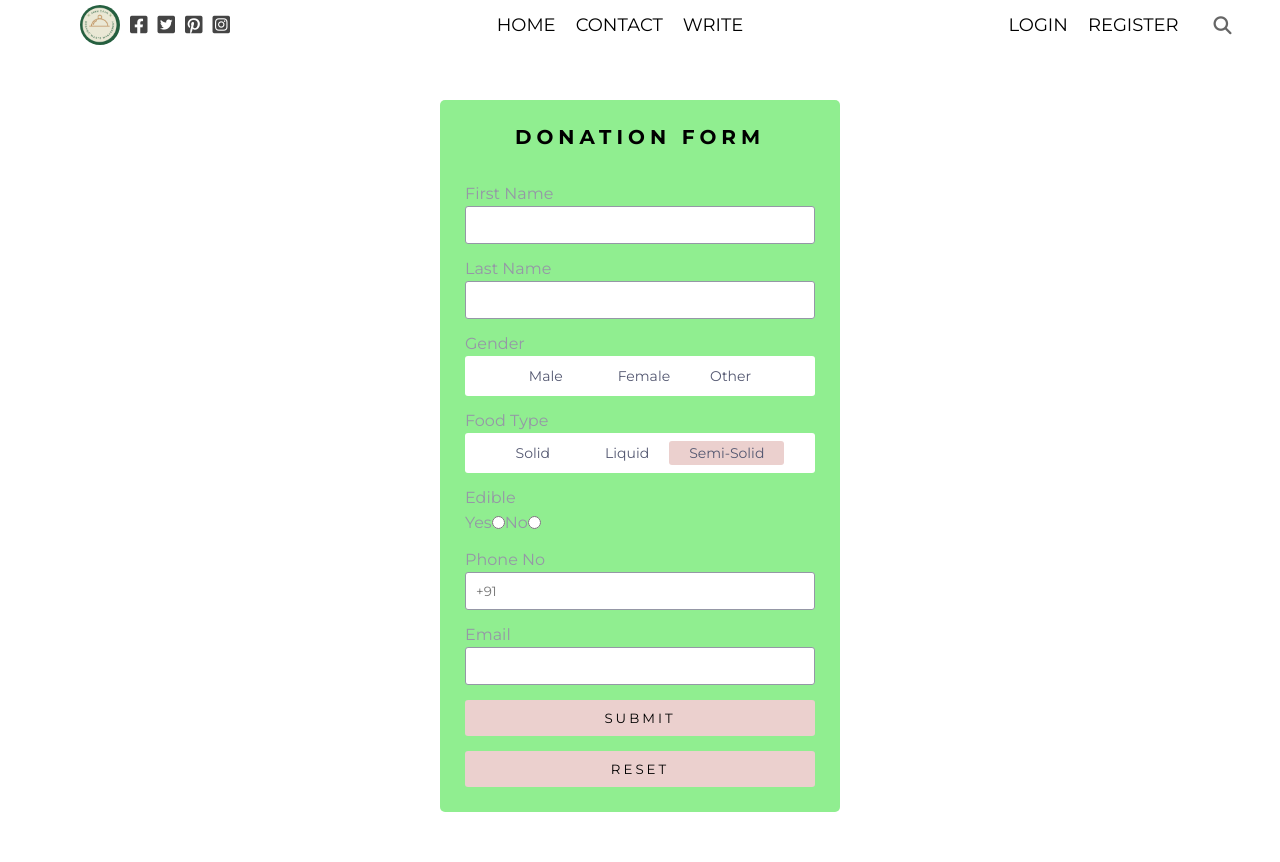
Repository: blsnabrhm/anna-daan
Page: /Contact (app in client/)
The author's editor kept a copy of each file at every save. The page is drawn from the files as they stood at one save, then again after the next save.
The browser window is 1280 px wide. The pictures show the whole page.
Some web libraries are served in a nearby version. The project was rebuilt for these pictures with package versions that can differ from the ones it lists, and the page was loaded fresh each time. Also part of the build but not shown: client/src/components/header/header.css, client/src/components/header/Header.jsx, client/src/components/posts/posts.css, client/src/components/posts/Posts.jsx, client/src/components/sidebar/sidebar.css, client/src/components/sidebar/SideBar.jsx, client/src/pages/home/home.css, client/src/pages/home/Home.jsx and 13 more. Imported but missing from the stored project, and not drawn on this page: client/src/components/post/Post.

Above is the page before, as saved 2022-04-22 08:31:03.

After the next save:
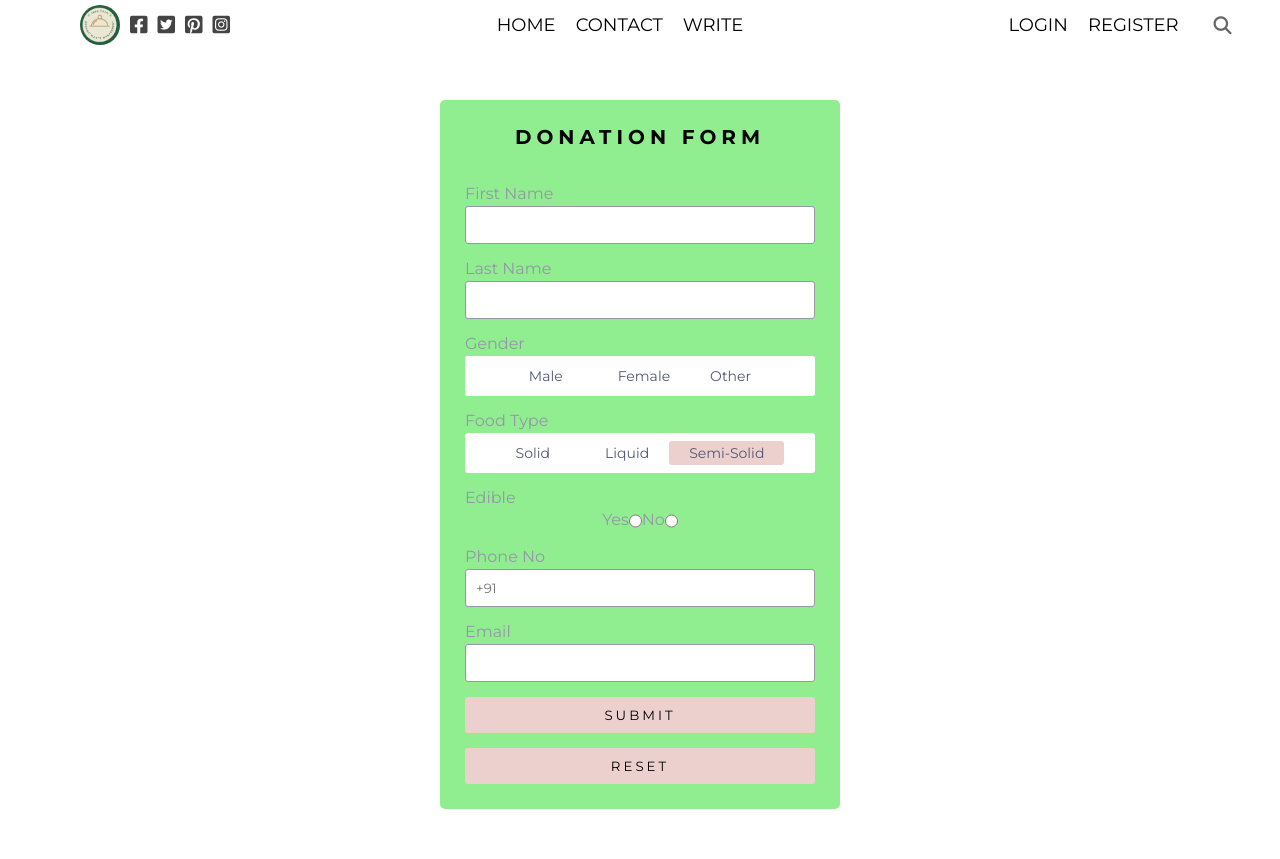
Saved 11 s later.
--- a/client/src/pages/contact/contact.css
+++ b/client/src/pages/contact/contact.css
@@ -18,7 +18,7 @@
 .edible {
     display: flex;
     flex-wrap: wrap;
-    margin-top: 3px;
+    justify-content: center;
 }
 
 .wrapper{
